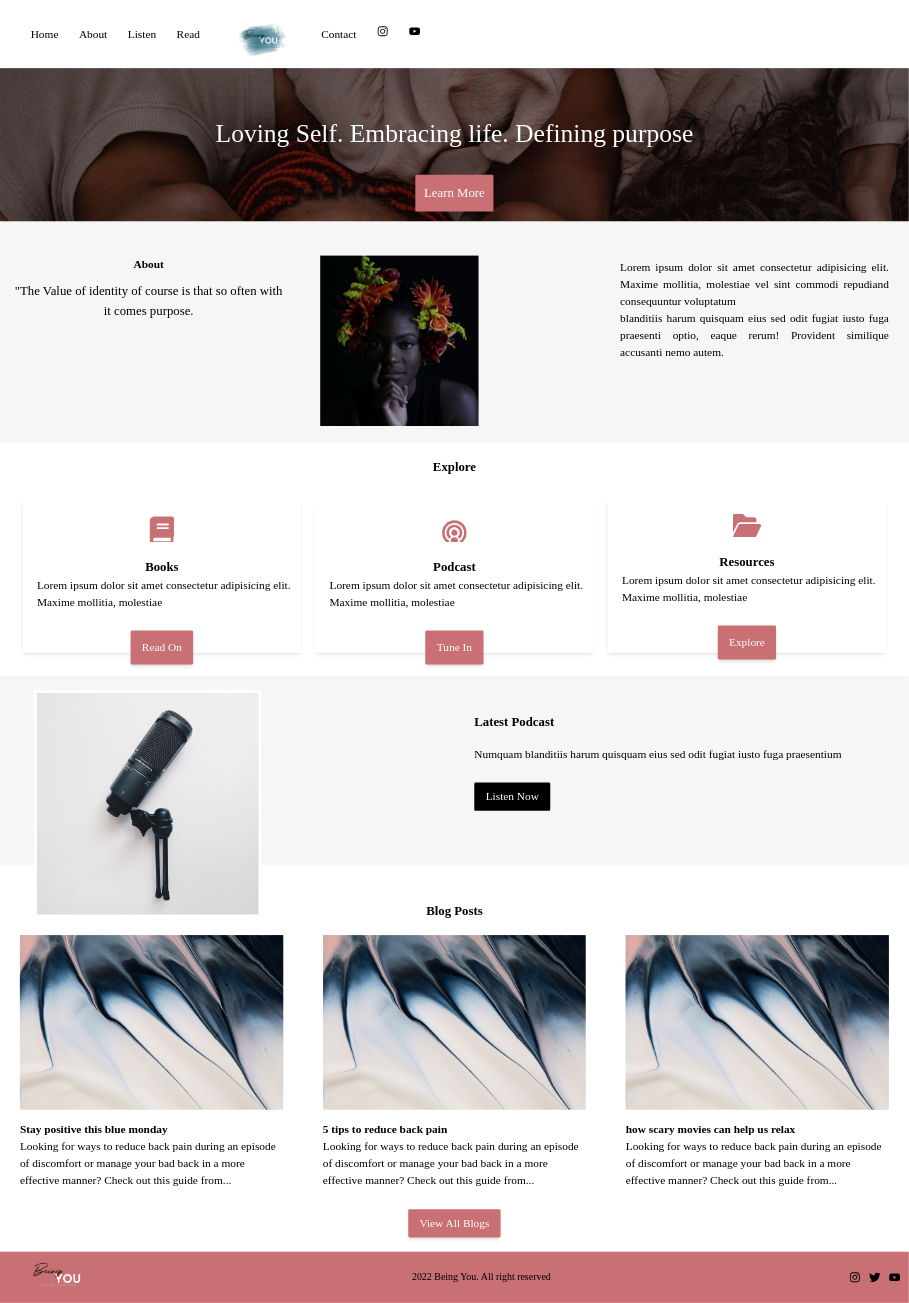
Repository: BrightonMboya/being-you
Page: /
The author's editor kept a copy of each file at every save. The page is drawn from the files as they stood at one save, then again after the next save.
The browser window is 1280 px wide. The pictures show the whole page, at 71% of full size.
The project was rebuilt for these pictures with package versions that can differ from the ones it lists, and the page was loaded fresh each time.

Above is the page before, as saved 2022-05-29 11:40:13.

After the next save:
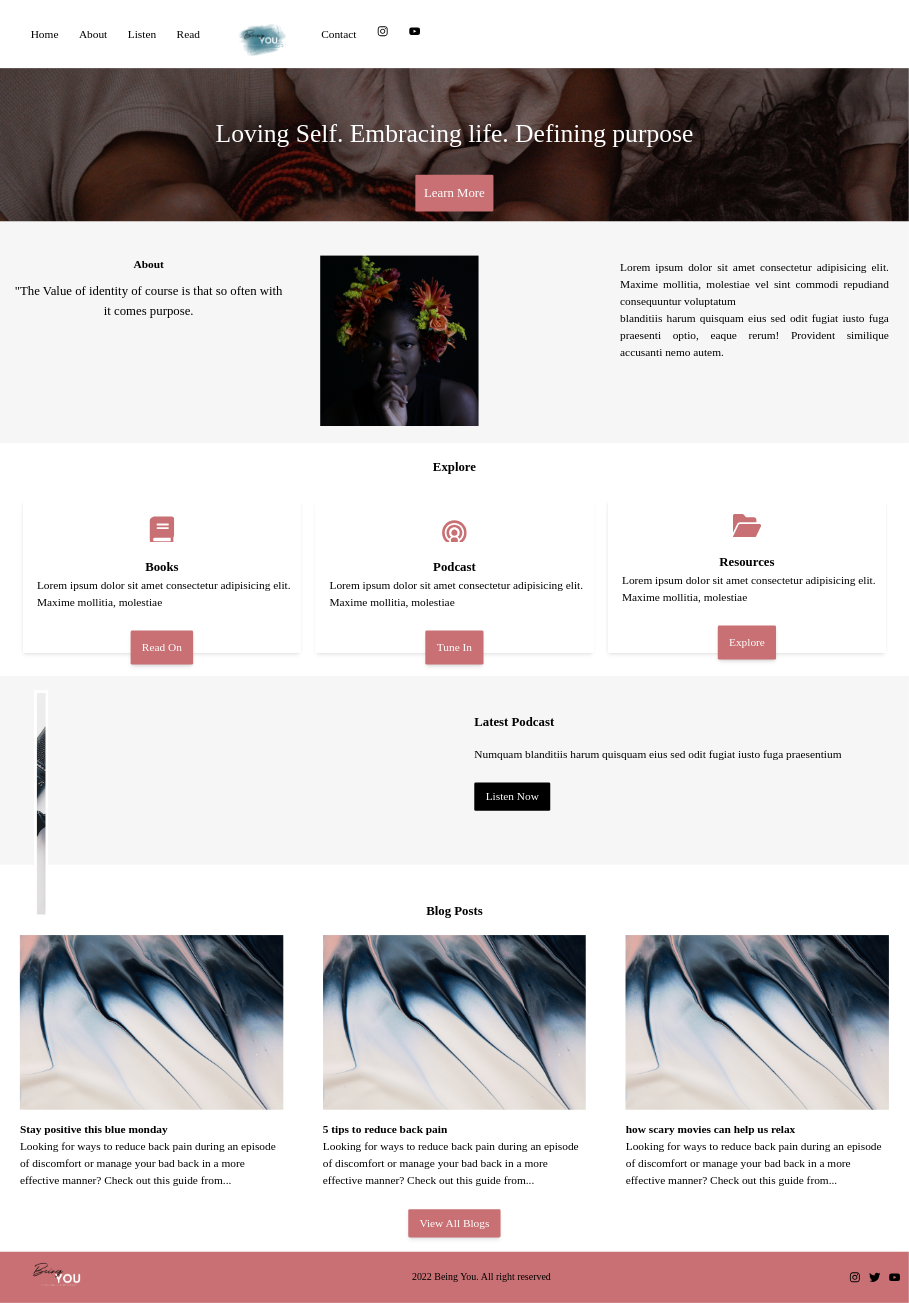
Saved 7 s later.
--- a/src/Components/Podcast/Podcast.jsx
+++ b/src/Components/Podcast/Podcast.jsx
@@ -8,7 +8,7 @@ const Podcast = () => {
         <img
           src={mic}
           alt=""
-          className="h-full w-15 object-cover  mt-5 border-4 border-white md:h-80 mt-12 ml-12"
+          className="h-full w-5 object-cover  mt-5 border-4 border-white md:h-80 mt-12 ml-12"
         />
         <div className="mt-[7vh] ml-7">
           <h3 className="font-semibold md:text-lg">Latest Podcast</h3>
